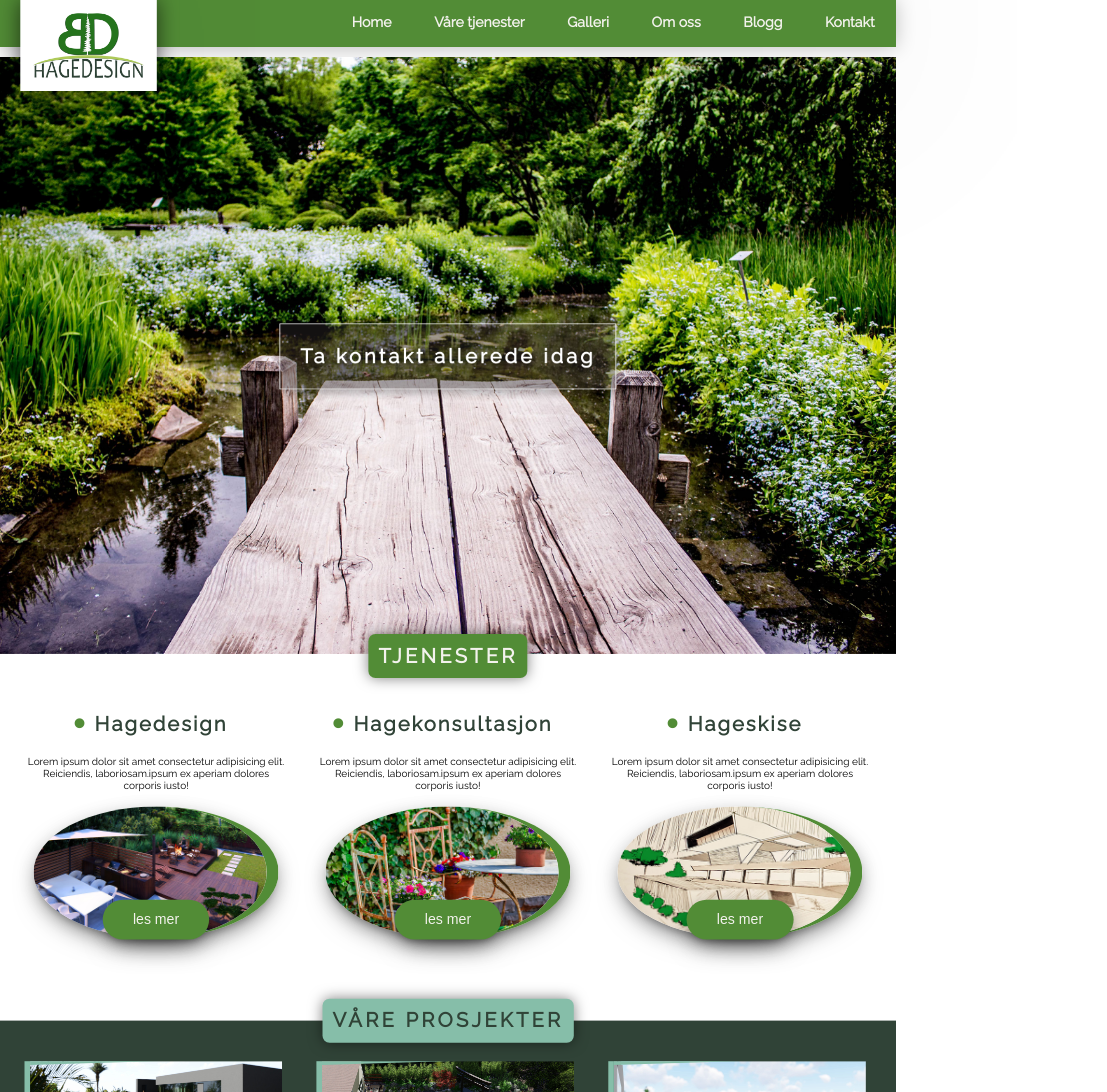
Repository: marinazzz/garden-design-website
Page: index.html
These files come from the project's save history. The page is drawn as it stood at one moment and after the next save; the edit follows.
The browser window is 1280 px wide. The page is 1581 px wide, so the pictures cover 1581 px, including what lies to the right of the window. The pictures show the part of the page from y = 0 to 1560 px (the page is 3336 px tall), at 70% of full size.

Above is the page before, as saved 2020-04-11 11:40:24.

After the next save:
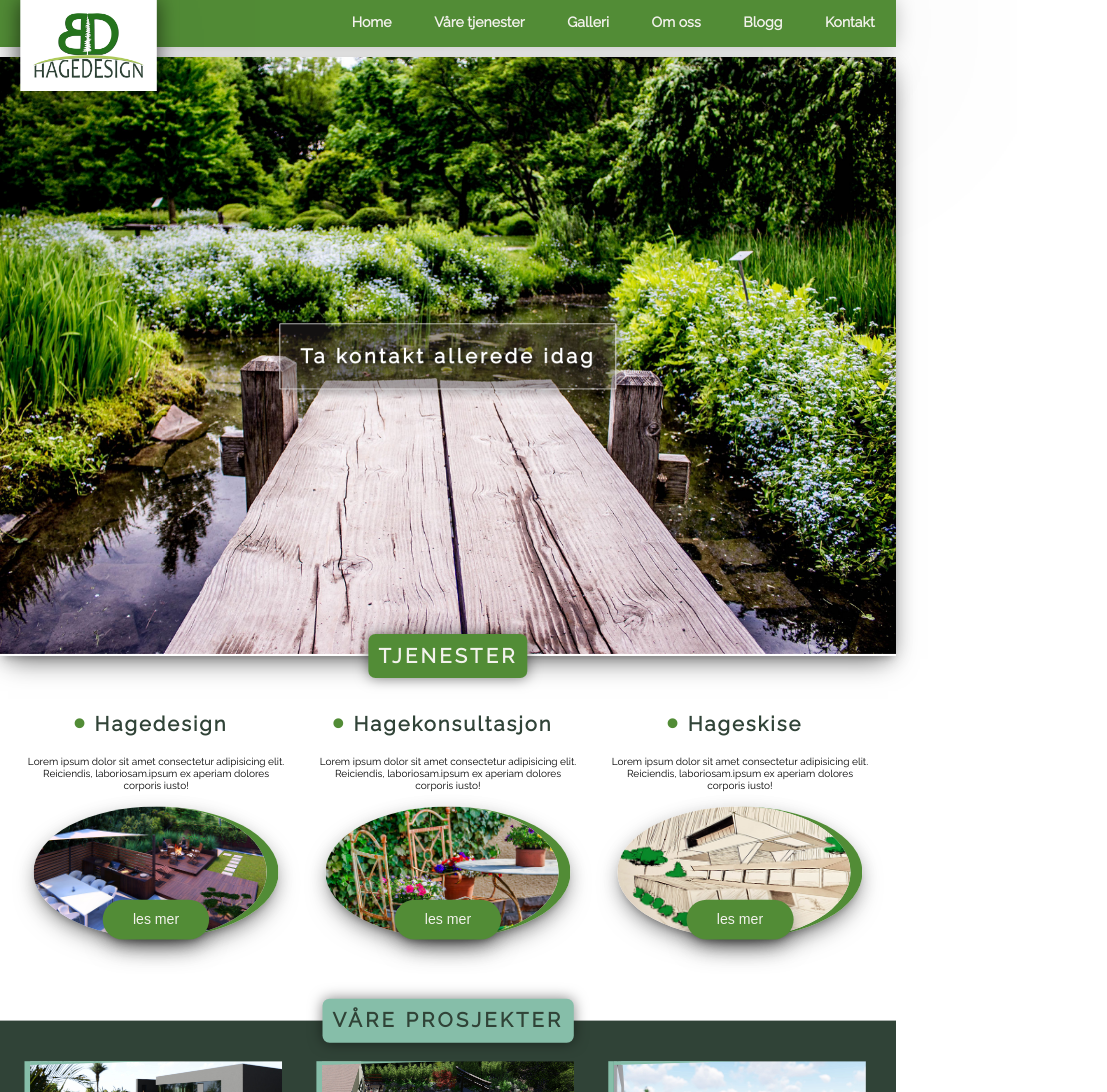
Saved 21 s later.
--- a/CSS/min-width-768px.css
+++ b/CSS/min-width-768px.css
@@ -187,7 +187,9 @@
     width: 230px;
   }
 
-
+  .glide--swipeable {
+    box-shadow: 0 16px 38px -12px rgba(0, 0, 0, 0.56), 0 4px 25px 0px rgba(0, 0, 0, 0.12), 0 8px 10px -5px rgba(0, 0, 0, 0.2);
+  }
 
   div [class="review__items"]{
     margin: 0;
@@ -197,7 +199,6 @@
   #section__reviews .glide__track {
     border-bottom-right-radius: 0.5rem;
     border-bottom-left-radius: 0.5rem;
-    box-shadow: 0 16px 38px -12px rgba(0, 0, 0, 0.56), 0 4px 25px 0px rgba(0, 0, 0, 0.12), 0 8px 10px -5px rgba(0, 0, 0, 0.2);
   }
 
   #section__reviews .review__items {
